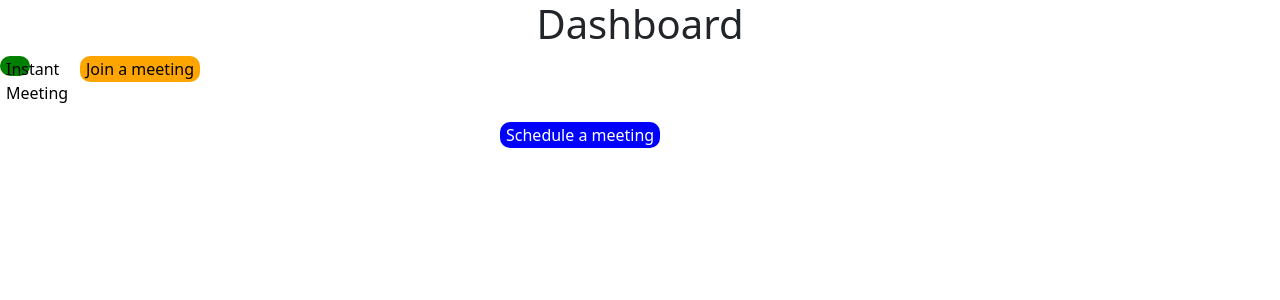
Repository: sreech465/myexam
Page: /
These files come from the project's save history. The page is drawn as it stood at one moment and after the next save; the edit follows.
The browser window is 1280 px wide. The pictures show the whole page.
The project was rebuilt for these pictures with package versions that can differ from the ones it lists, and the page was loaded fresh each time. Also part of the build but not shown: src/Jmeet.js, src/Smeet.js, src/Joinmeet.js.

Above is the page before, as saved 2023-01-14 17:29:47.

After the next save:
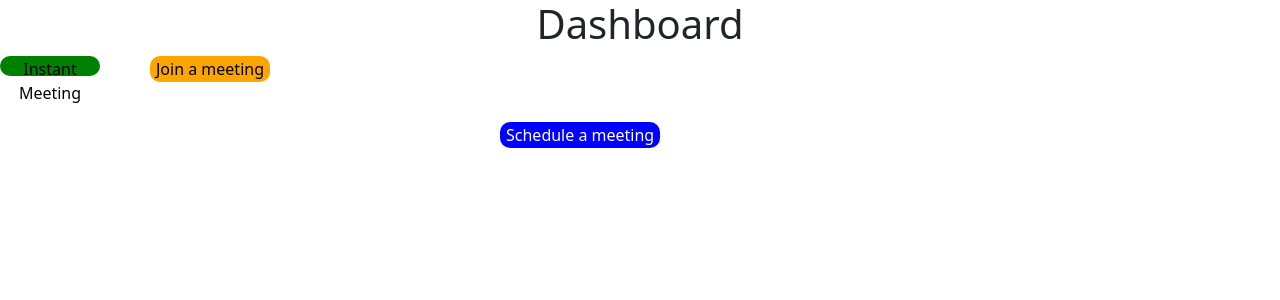
Saved 10 s later.
--- a/src/Details.js
+++ b/src/Details.js
@@ -23,7 +23,7 @@ const Details = () => {
             marginRight: 50,
             border: "none",
             borderRadius: 10,
-            width: 30,
+            width: 100,
             height: 20,
           }}
         >
